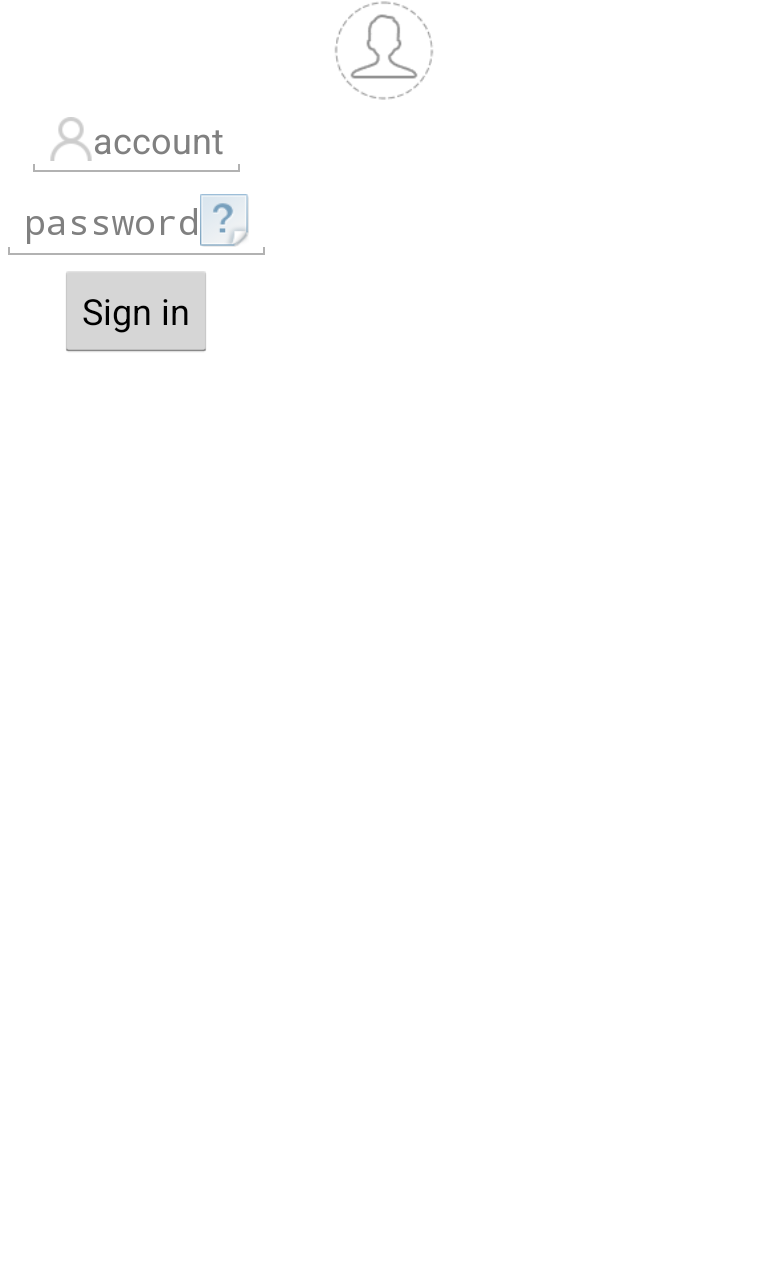
Repository: JDLINLC/android-dev
Layout: ModifyQQ/res/layout/main_activity.xml
An editor plug-in stored every save of this project. The layout is shown before and after the next save, followed by the edit.
It is drawn on a 768 x 1280 px phone screen (xhdpi) without system bars, with theme AppTheme; the app's code is not run.

Above is the layout before, as saved 2015-04-23 08:25:15.

### ModifyQQ/res/layout/main_activity.xml
<?xml version="1.0" encoding="utf-8"?>
<TableLayout xmlns:android="http://schemas.android.com/apk/res/android"
    android:layout_width="match_parent"
    android:layout_height="match_parent"
    android:orientation="vertical" >



   <ImageView
        android:id="@+id/image_view"
        android:layout_width="match_parent"
        android:layout_height="wrap_content"
        android:src="@drawable/hg"
        />
   <TableRow>
    <EditText
        android:id="@+id/edit1_text"
        android:layout_height="match_parent"
        android:layout_width="match_parent"
        android:layout_gravity="center"
        android:drawableLeft="@drawable/a"
        android:hint="account"
        />
    </TableRow>

    <TableRow>
    	<EditText
        	android:id="@+id/edit2_text"
        	android:layout_height="wrap_content"
        	android:layout_width="match_parent"
        	android:layout_gravity="center"
        	android:hint="password"
        	android:drawableRight="@drawable/ara"
        	android:inputType="textPassword"
        	/>
    </TableRow>
    <TableRow>
    <Button
        android:id="@+id/button_1"
        android:layout_height="wrap_content"
        android:layout_width="match_parent"
        android:layout_gravity="center"
        android:layout_span="2"
        android:text="Sign in"
        />
    </TableRow>



</TableLayout>

Loaded but not shown: ModifyQQ/res/values/styles.xml (common file); ModifyQQ/res/values-v11/styles.xml (common file); ModifyQQ/res/values-v14/styles.xml (common file)

After the next save:
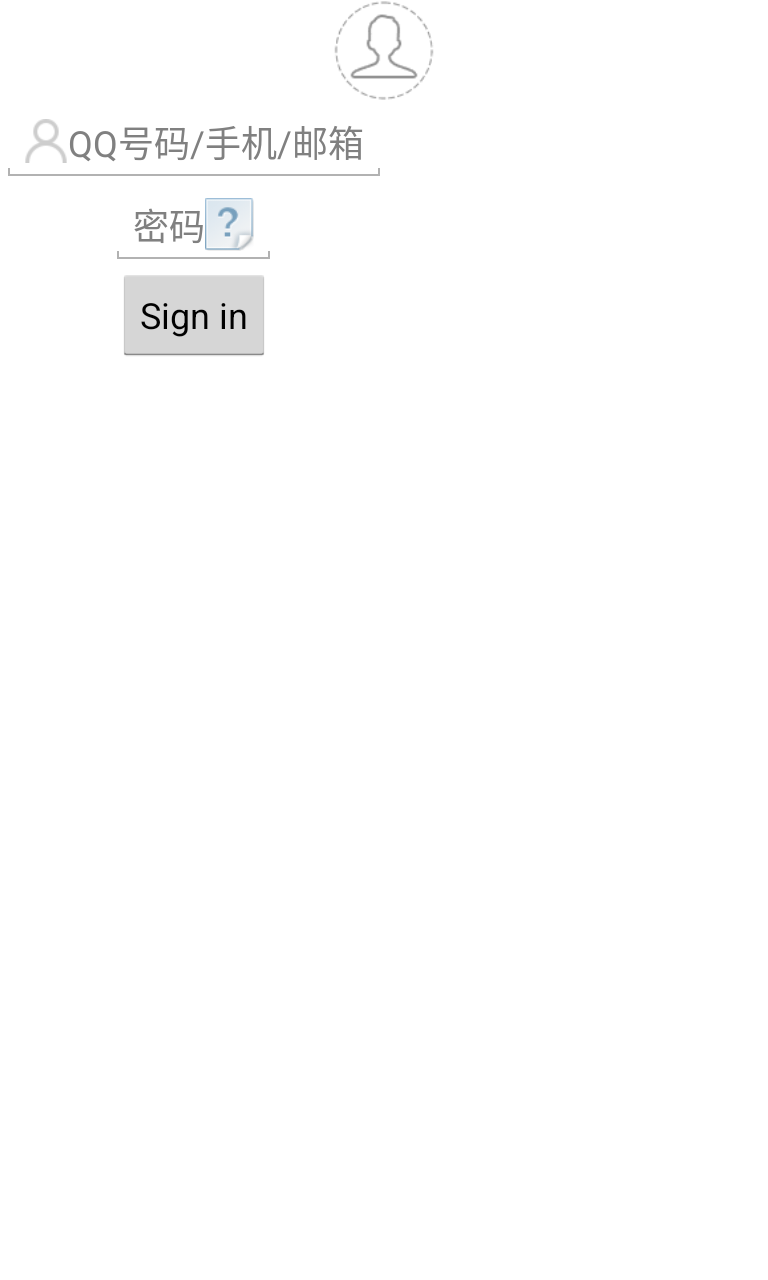
Saved 2 min 11 s later.
--- a/ModifyQQ/res/layout/main_activity.xml
+++ b/ModifyQQ/res/layout/main_activity.xml
@@ -19,7 +19,7 @@
         android:layout_width="match_parent"
         android:layout_gravity="center"
         android:drawableLeft="@drawable/a"
-        android:hint="account"
+        android:hint="QQ号码/手机/邮箱"
         />
     </TableRow>
 
@@ -29,7 +29,7 @@
         	android:layout_height="wrap_content"
         	android:layout_width="match_parent"
         	android:layout_gravity="center"
-        	android:hint="password"
+        	android:hint="密码"
         	android:drawableRight="@drawable/ara"
         	android:inputType="textPassword"
         	/>
